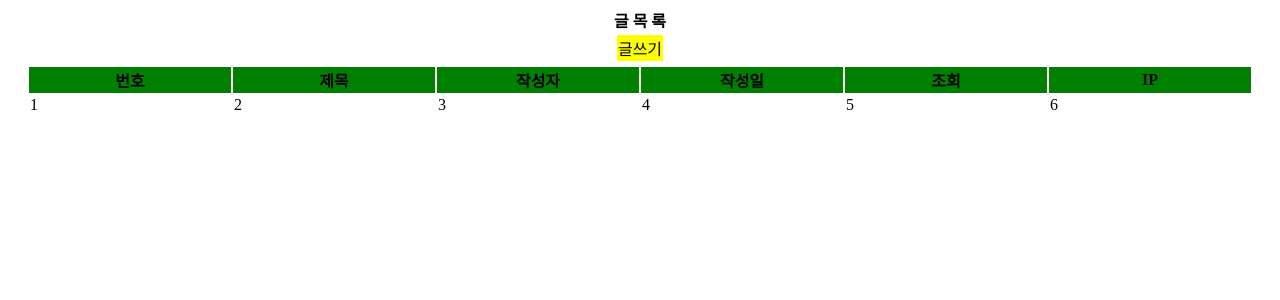
Repository: dlswn666/SpringStudy
Page: http://localhost/boardMVC/board.do
These files come from the project's save history. The page is drawn as it stood at one moment and after a run of saves; the edit follows.
The browser window is 1280 px wide. The pictures show the whole page.
The page is served by Tomcat 9. Queries for data that is not in the repository find no rows.

Above is the page before, as saved 2021-02-27 09:49:08.

After the next 2 saves:
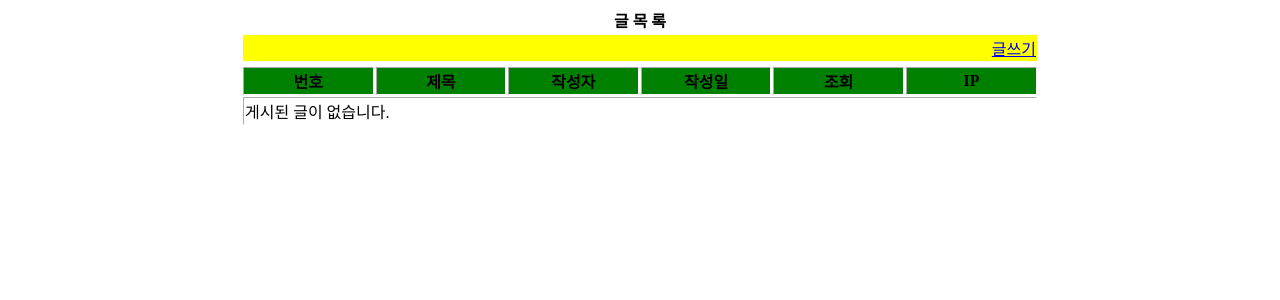
The 2 saves are shown as one change because 1 did not build or start.
The last was saved 5 min 0 s later.
--- a/boardMVC/WebContent/WEB-INF/jsp/board/list.jsp
+++ b/boardMVC/WebContent/WEB-INF/jsp/board/list.jsp
@@ -17,17 +17,15 @@
 	}
 </style>
 <body>
-
 	<div align="center">
-		<b> 글 목 록</b>
-	<form action="" method=""></form>
-		<table>
+		<b>글 목 록</b>
+		<table border="0" width="800">
 			<tr bgcolor="yellow">
-				<td align="right">글쓰기</td>
+				<td align="right"><a href="writeForm.board">글쓰기</a></td>
 			</tr>
 		</table>
-		<table>
-			<tr>
+		<table border="1" width="800">
+			<tr bgcolor="green">
 				<th>번호</th>
 				<th>제목</th>
 				<th>작성자</th>
@@ -35,18 +33,24 @@
 				<th>조회</th>
 				<th>IP</th>
 			</tr>
+<% 		List<BoardDBBean> list = (List)request.getAttribute("list");
+		if (list == null || list.size()==0){%>
 			<tr>
-				<td>1</td>
-				<td>2</td>
-				<td>3</td>
-				<td>4</td>
-				<td>5</td>
-				<td>6</td>
-
-
-
+				<td colspan="6">게시된 글이 없습니다.</td>
+			</tr>
+<%		}else {
+			for(BoardDBBean dto : list){%>
+			<tr>
+				<td><%=dto.getNum()%></td>
+				<td><%=dto.getSubject()%></td>
+				<td><%=dto.getWriter()%></td>
+				<td><%=dto.getReg_date()%></td>
+				<td><%=dto.getReadcount()%></td>
+				<td><%=dto.getIp()%></td>
+			</tr>
+<%			}
+		}	%>
 		</table>
 	</div>
-
 </body>
 </html>
